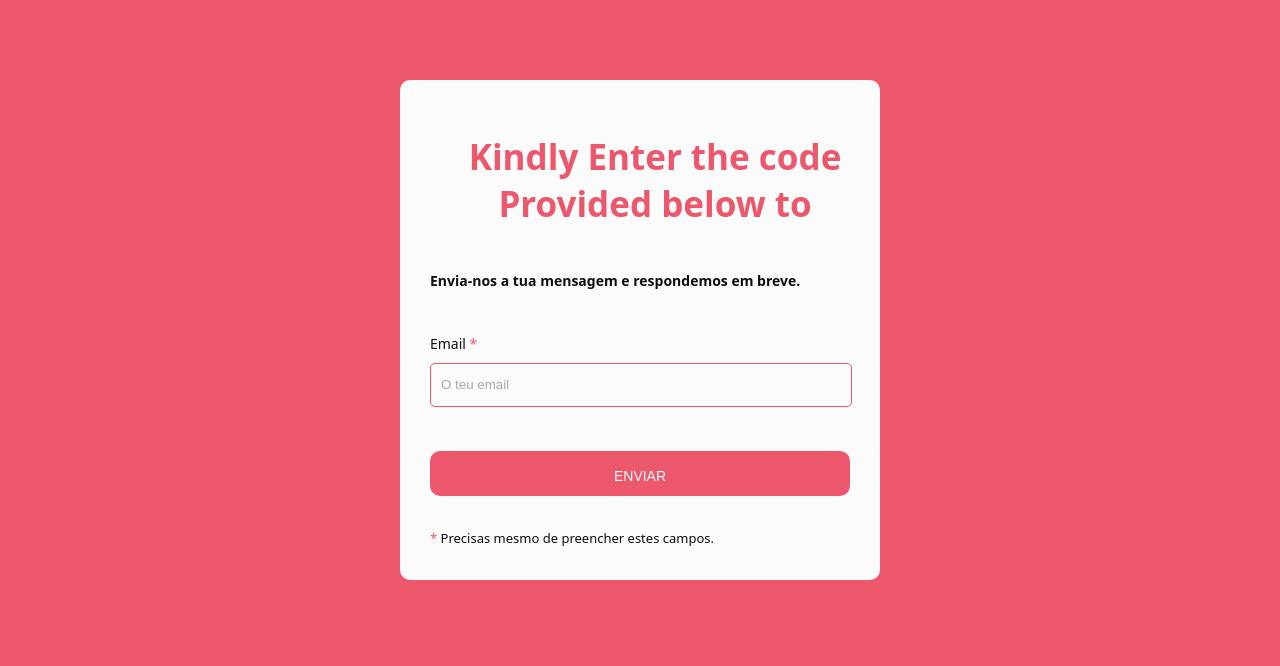
Repository: DevLaukey/electron_timer
Page: index.html
The author's editor kept a copy of each file at every save. The page is drawn from the files as they stood at one save, then again after the next save.
The browser window is 1280 px wide. The pictures show the whole page.

Above is the page before, as saved 2023-05-16 08:46:16.

After the next save:
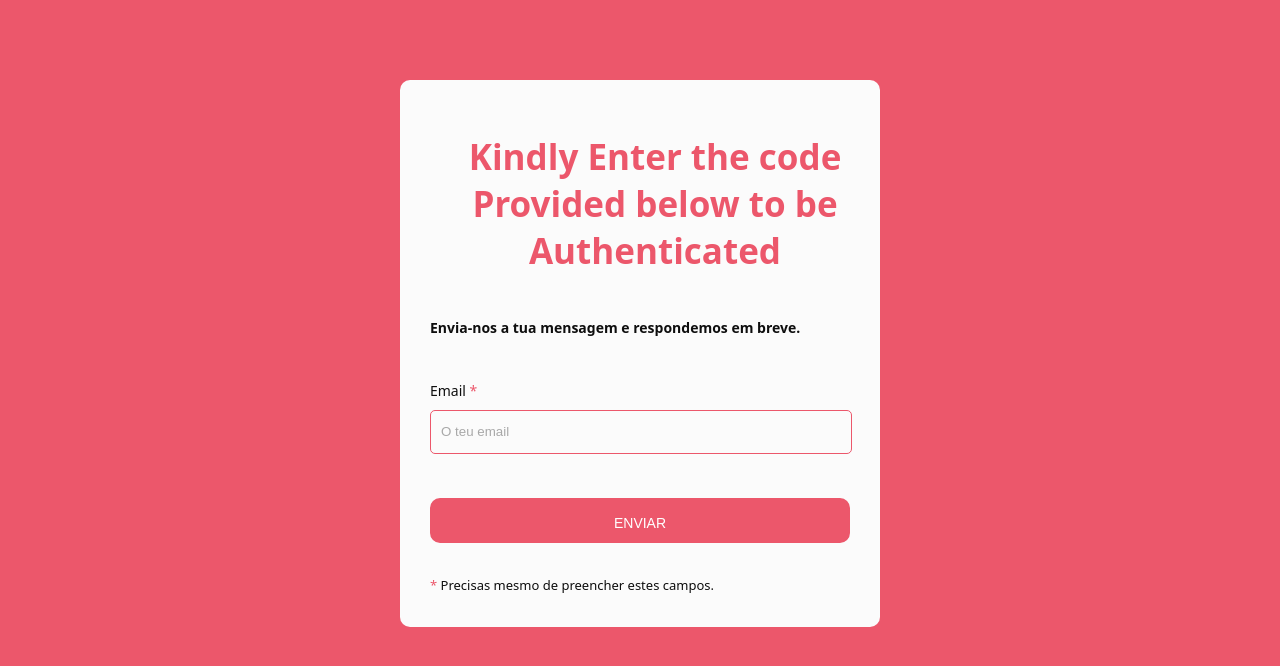
Saved 10 s later.
--- a/index.html
+++ b/index.html
@@ -13,7 +13,7 @@
   <body>
     <div class="contact_form">
       <div class="formulario">
-        <h1>Kindly Enter the code Provided below to </h1>
+        <h1>Kindly Enter the code Provided below to be Authenticated</h1>
         <h3>Envia-nos a tua mensagem e respondemos em breve.</h3>
 
         <form >
